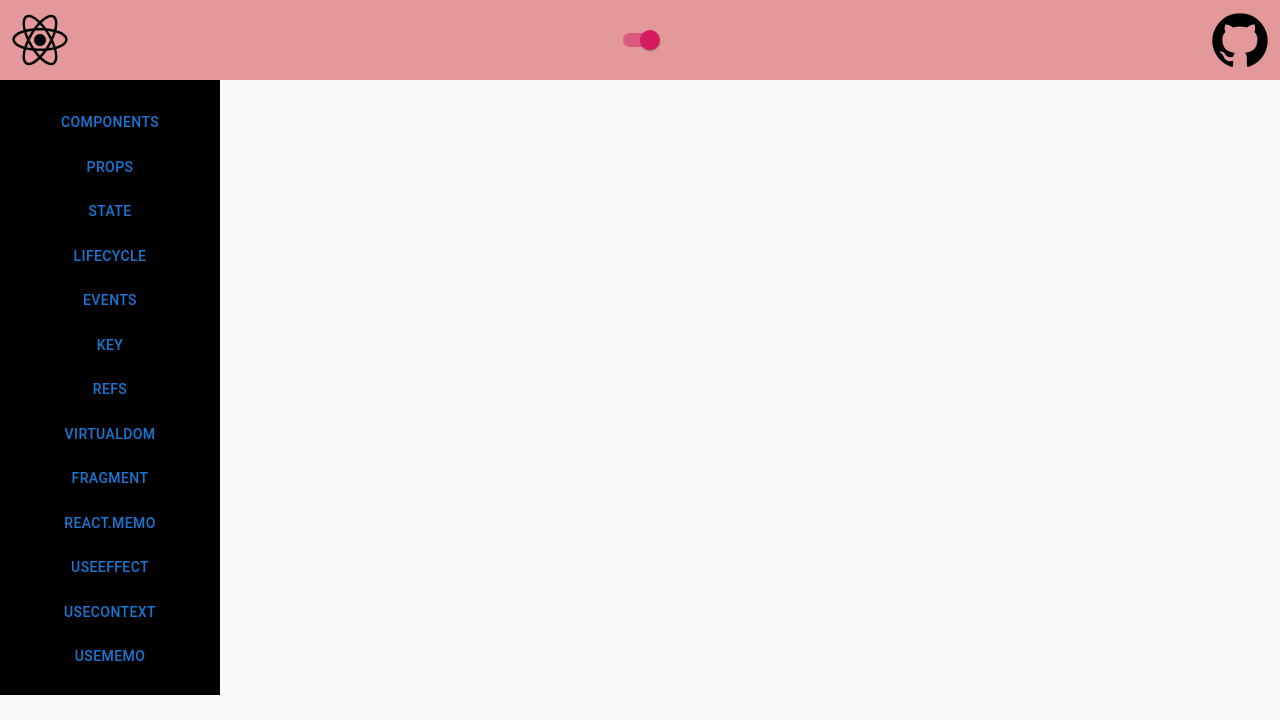
Repository: savannaaaas/reactDocumentation
Page: /topic
The author's editor kept a copy of each file at every save. The page is drawn from the files as they stood at one save, then again after the next save.
The browser window is 1280 px wide. The pictures show the whole page.
The project was rebuilt for these pictures with package versions that can differ from the ones it lists, and the page was loaded fresh each time. Also part of the build but not shown: vite.config.js, src/pages/welcomePage/WelcomeButton/WelcomeButton.jsx, src/pages/welcomePage/Content/ContentWelcome.jsx, src/pages/welcomePage/WelcomePage.jsx, src/pages/componentPage/ComponentPage.jsx.

Above is the page before, as saved 2025-07-19 16:59:47.

After the next save:
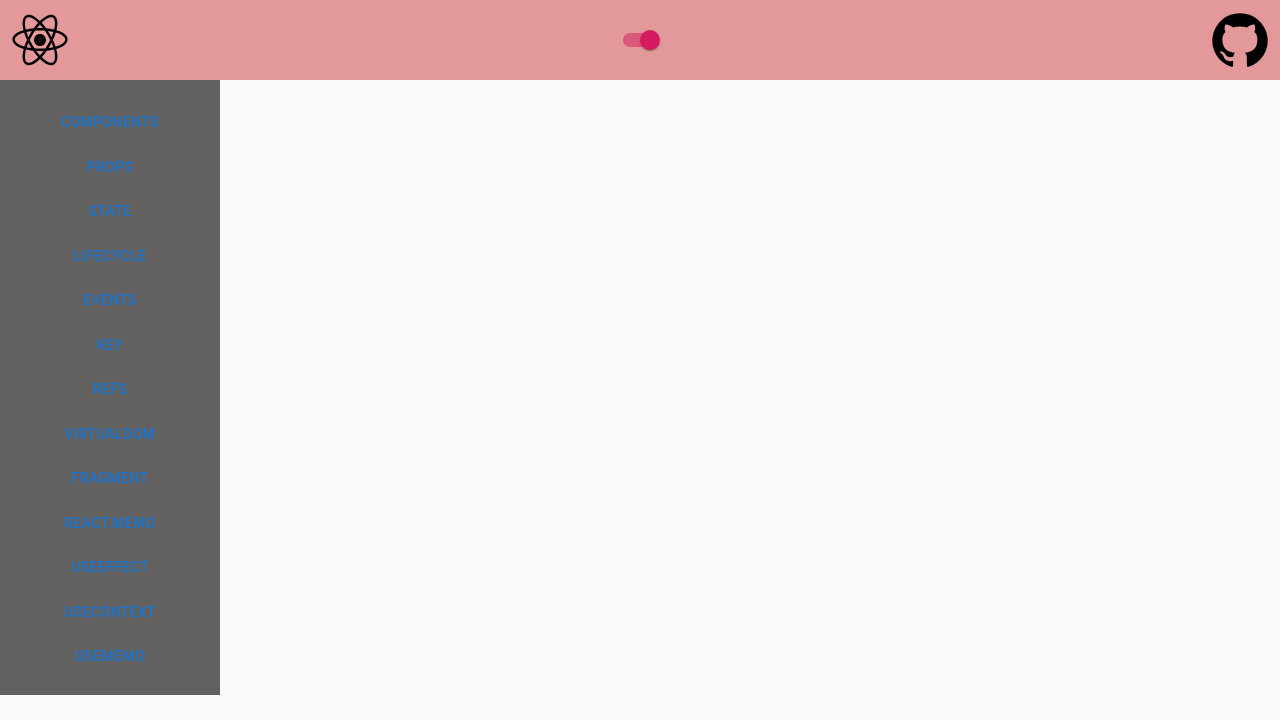
Saved 18 s later.
--- a/src/components/Navigation/index.scss
+++ b/src/components/Navigation/index.scss
@@ -1,6 +1,6 @@
 [data-theme="light"] {
   .list{
-    background-color:#000000;
+    background-color:#636060;
   }
 }
 
